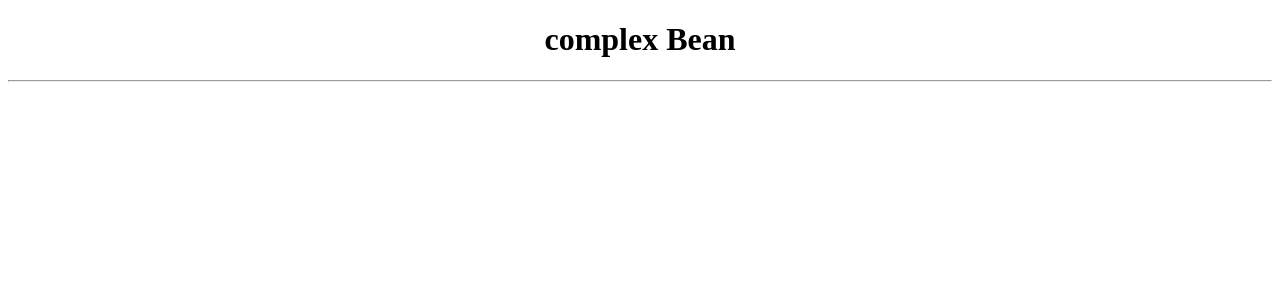
Repository: imrangthub/BlogUsingCoreJava
Page: http://localhost/StartingJsp_00/ExpressionLanguageOfJsp/complexBean.jsp
These files come from the project's save history. The page is drawn as it stood at one moment and after the next save; the edit follows.
The browser window is 1280 px wide. The pictures show the whole page.
The page is served by Tomcat 9.

Above is the page before, as saved 2016-12-26 04:06:46.

After the next save:
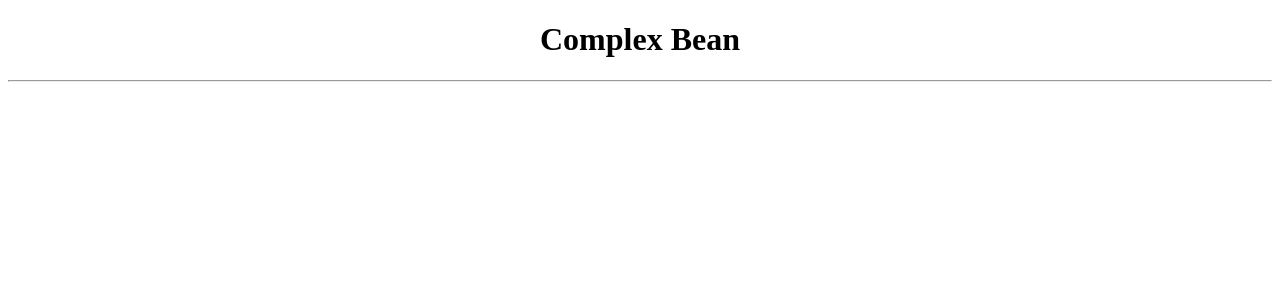
Saved 18 s later.
--- a/StartingJsp_00/WebContent/ExpressionLanguageOfJsp/complexBean.jsp
+++ b/StartingJsp_00/WebContent/ExpressionLanguageOfJsp/complexBean.jsp
@@ -7,7 +7,7 @@
 <title>complex | Bean</title>
 </head>
 <body>
-<h1 align="center">complex Bean</h1>
+<h1 align="center">Complex Bean</h1>
 <hr/>
 
 </body>
